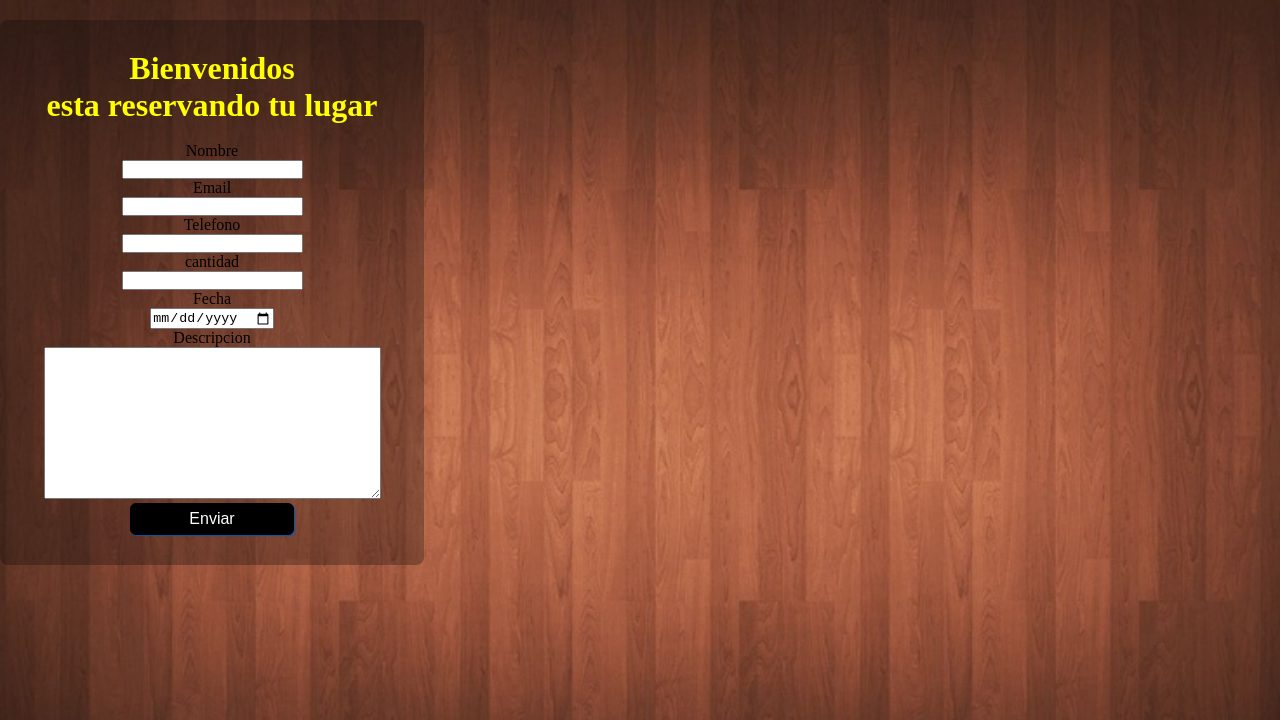
Repository: ye909/aplicacion_restaurante
Page: public/templeis/reserva.html
An editor plug-in stored every save of this project. The page is shown before and after the next save, followed by the edit.
The browser window is 1280 px wide. The pictures show the whole page.
The pointer rests on the first visible `.submit-button`.

Above is the page before, as saved 2024-10-30 22:46:41.

### public/templeis/reserva.html
<!DOCTYPE html>
<html lang="en">

<head>
    <meta charset="UTF-8">
    <meta name="viewport" content="width=device-width, initial-scale=1.0">
    <link rel="stylesheet" href="../css/reserva.css">
    <title>Document</title>
</head>

<body>


    <div class="container">


        <div class="container_rererva">

            <form action="">
                <h1>Bienvenidos <br>esta reservando tu lugar</h1><br>
                <label for="">Nombre </label><br>
                <input type="text" required>

                <br>
                <label for="">Email<br>
                    <input type="text">
                </label>
                <br>
                <label for="">Telefono<br>
                    <input type="text" required>
                </label>
                <br>
                <label for="">cantidad<br>
                    <input type="number">
                </label>
                <br>
                <label for="">Fecha<br>
                    <input type="date">
                </label>
                <br>
                <label for="">Descripcion<br>
                    <textarea name="" id="" cols="40" rows="10"></textarea>
                </label>
                <br>

                <button class="submit-button">Enviar</button>
            </form>
        </div>
    </div>

</body>

</html>

### public/css/reserva.css


*{
    margin: 0;
    padding: 0;
}
    body{
    background-image:url(/public/imagen/fondo_card.jpg);
    background-repeat:no-repeat;
    box-sizing:border-box;
    background-attachment: fixed;
    background-size:100%;
}
.container {
  margin-top: 20px;
  width: 30%;
  background-color: white;
  padding: 20px;
  border-radius: 8px;
  background:rgba(14, 13, 13,0.3);
  /* display: none; */
}
.container_rererva{
  text-align: center;
  padding: 10px;
}

h1{
  color:yellow;
}






textarea {
  resize: vertical;
}




.submit-button {
  width: 45%;
  padding: 6px;
  background-color: transparent;
  color: white;
  border: none;
  border-radius: 4px;
  font-size: 16px;
  cursor: pointer;
  border:1px solid black;

  border-radius:6px;
}

.submit-button:hover {
  background-color: black;
  box-shadow: 1px 1px 1px #0056b3;
}



/* .container_fondo{

    display: flex;
    justify-content: space-around;
    align-items: center;
    flex-direction: row;
    flex-wrap: wrap;
    margin-right: 20px;
    }

  .title {
    text-align: center;
    font-size: 24px;
    margin-bottom: 20px;
  }

  .form-group {
    margin-bottom: 15px;
  }

  label { */
    /* display: block; */
    /* margin-bottom: 5px; */
    /* color:white;
    font-size: 15px;
  }
  input, textarea {
    width: 90%;
    padding: 10px;
    border: 1px solid #ccc;
    border-radius: 4px;
  }
  .inline-group {
    display: flex;
    gap: 10px;

  }
  .inline-group > div {
    width: 46%;
  }



  input:focus{
    outline: none;
    }
    select{
        padding: 4px;

    }
    .texto_reserva img{
      object-fit: cover;
      width: 20%;
   animation: animacionglobo 2s 2 linear;
    }
@keyframes animacionglobo {
  from{
opacity: 1;
  }to{
    transform:rotate(360deg);
  }
}
    .texto_reserva{
      display: none;
      width: 40%;
      top: 100px;
      position: fixed;
      text-align: center;
      background:rgba(252, 249, 249,0.4);
      z-index: 22;
      text-wrap:balance;
      line-height: 2;
   border-radius: 10px ;
   animation: animacion 2s  1;

    }
    @keyframes animacion{
from{
  opacity: 0;
  transform: translateY(-400px);
}to{
  opacity: 1;
}
  }


    }
    .texto_reserva div{
      display: flex;
      justify-content: flex-end;
      font-size: 24px;
      color:red;
      margin: -10px 5px;
      cursor: pointer;
    }
    .texto_reserva p{
      width: 96%;
      margin: 10px;
      padding: 10px;
      font-size: 20px;
    }

    .info{

      font-size: 20px;
  margin-left: 60px;

  }
 */

After the next save:
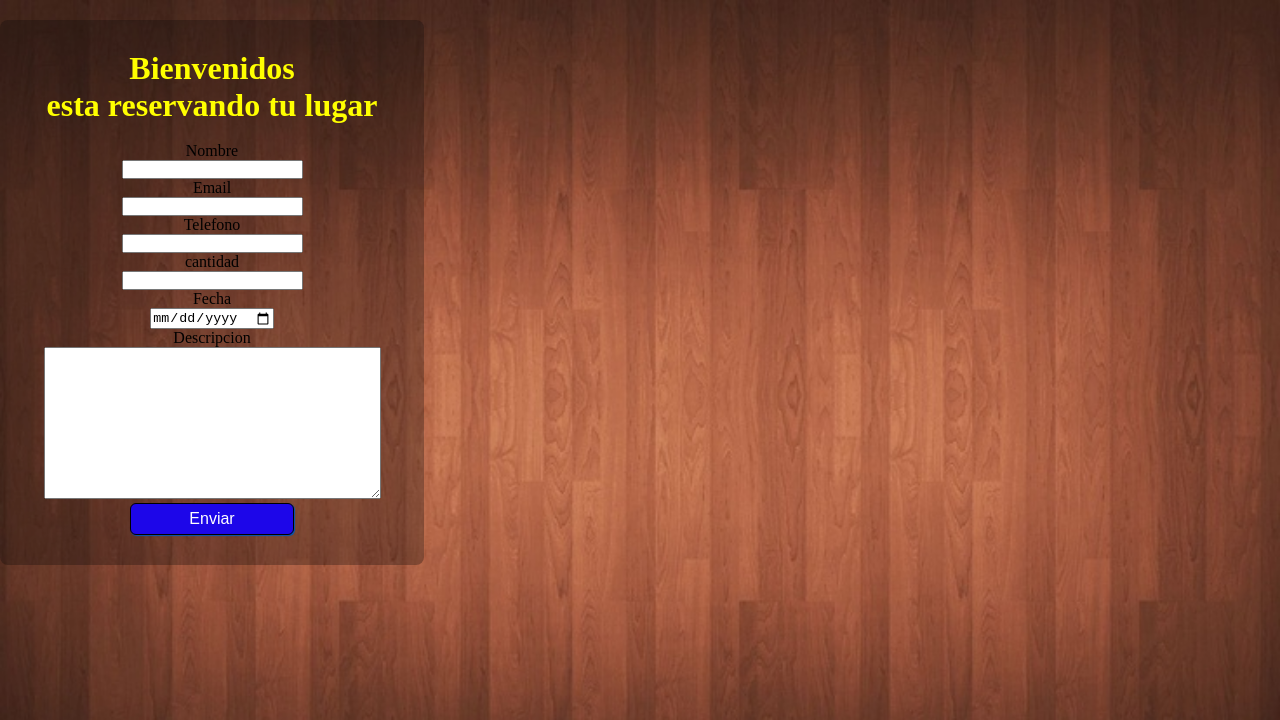
Saved 40 s later.
--- a/public/css/reserva.css
+++ b/public/css/reserva.css
@@ -56,7 +56,7 @@ textarea {
 }
 
 .submit-button:hover {
-  background-color: black;
+  background-color: rgb(29, 6, 233);
   box-shadow: 1px 1px 1px #0056b3;
 }
 
